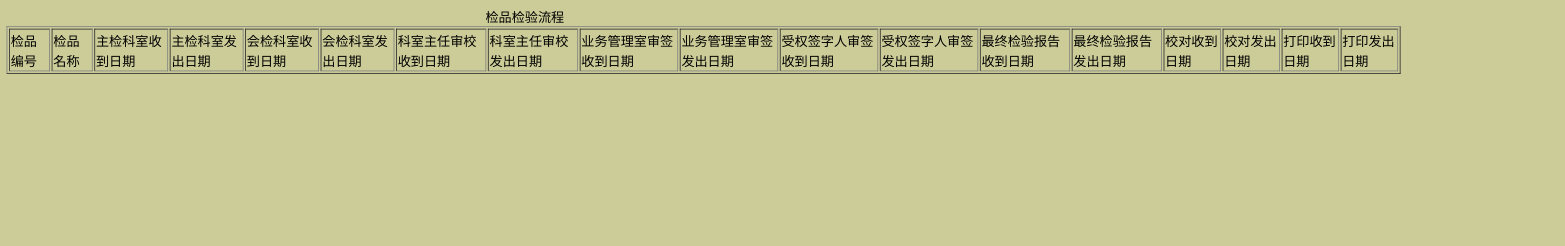
Repository: Shaoxubao/Java
Page: http://localhost/msm/jsp/sample/list_sampleflow.jsp
These files come from the project's save history. The page is drawn as it stood at one moment and after the next save; the edit follows.
The browser window is 1280 px wide. The page is 1708 px wide, then 1908 px, so the pictures cover 1908 px, including what lies to the right of the window. The pictures show the whole page, at 82% of full size.
The page is served by Tomcat 9. Nobody is signed in. The application's start-up code is not run. Other server files are loaded and not shown. The template is opened directly, without the code that normally fills it, so the values that code supplies are empty.

Above is the page before, as saved 2015-06-10 08:55:12.

### msm/WebContent/jsp/sample/list_sampleflow.jsp
<%@ page language="java" contentType="text/html; charset=UTF-8"
    pageEncoding="UTF-8"%>
<%@taglib prefix="c" uri="http://java.sun.com/jsp/jstl/core" %>
<!DOCTYPE html PUBLIC "-//W3C//DTD HTML 4.01 Transitional//EN" "http://www.w3.org/TR/html4/loose.dtd">
<html>
<head>
<meta http-equiv="Content-Type" content="text/html; charset=UTF-8">
<title>检品检验流程</title>
</head>
<body bgcolor="#CCCC99">
    <div align="center">检品检验流程</div>
    <table width="1700" align="center" border="1">
      <tr>
        <td>检品编号</td><td>检品名称</td>
        <td>主检科室收到日期</td><td>主检科室发出日期</td>
        <td>会检科室收到日期</td><td>会检科室发出日期</td>
        <td>科室主任审校收到日期</td><td>科室主任审校发出日期</td>
        <td>业务管理室审签收到日期</td><td>业务管理室审签发出日期</td>
        <td>受权签字人审签收到日期</td><td>受权签字人审签发出日期</td>
        <td>最终检验报告收到日期</td><td>最终检验报告发出日期</td>
        <td>校对收到日期</td><td>校对发出日期</td>
        <td>打印收到日期</td><td> 打印发出日期</td>
      </tr>
      <c:if test="${pagers.total le 0 }">
        <tr>
          <td colspan="18">目前还没有用户数据</td>
        </tr>
      </c:if>

      <c:if test="${pagers.total gt 0 }">
          <c:forEach items="${pagers.datas }" var="s">
            <tr>
              <td>${s.sampleNo }</td>
              <td>${s.sampleName }</td>
              <td>${s.mianRev }</td>
              <td>${s.mianSend }</td>
              <td>${s.secondRev }</td>
              <td>${s.secondSend }</td>
              <td>${s.zhurenRev }</td>
              <td>${s.zhurenSend }</td>
              <td>${s.ywssqRev }</td>
              <td>${s.ywssqSend }</td>
              <td>${s.headRev }</td>
              <td>${s.headSend }</td>
              <td>${s.fachuRev }</td>
              <td>${s.fachuSend }</td>
              <td>${s.jiaoduiRev }</td>
              <td>${s.jiaoduiSend }</td>
              <td>${s.printRev }</td>
              <td>${s.printSend }</td>
            </tr>
          </c:forEach>
            <tr>
              <td colspan="18">
                <jsp:include page="/inc/pager.jsp">
                  <jsp:param value="samples" name="url"/>
                  <jsp:param value="${pagers.total }" name="items"/>
                </jsp:include>
              </td>
            </tr>
        </c:if>

    </table>

</body>
</html>

After the next save:
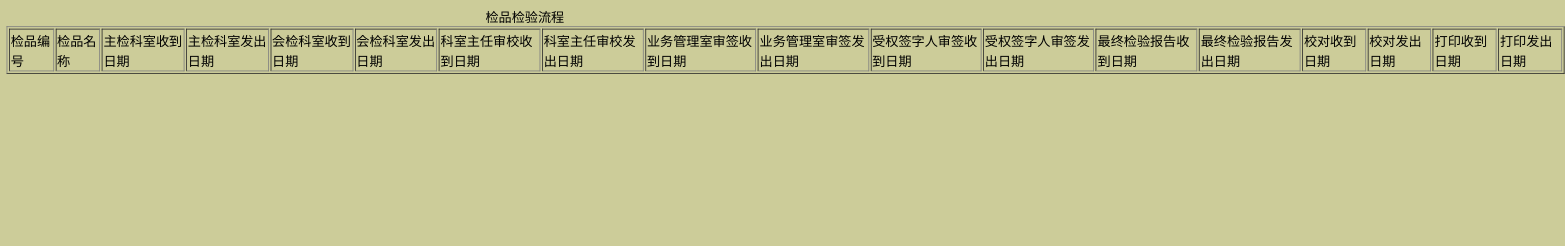
Saved 26 s later.
--- a/msm/WebContent/jsp/sample/list_sampleflow.jsp
+++ b/msm/WebContent/jsp/sample/list_sampleflow.jsp
@@ -9,7 +9,7 @@
 </head>
 <body bgcolor="#CCCC99">
     <div align="center">检品检验流程</div>
-    <table width="1700" align="center" border="1">
+    <table width="1900" align="center" border="1">
       <tr>
         <td>检品编号</td><td>检品名称</td>
         <td>主检科室收到日期</td><td>主检科室发出日期</td>
